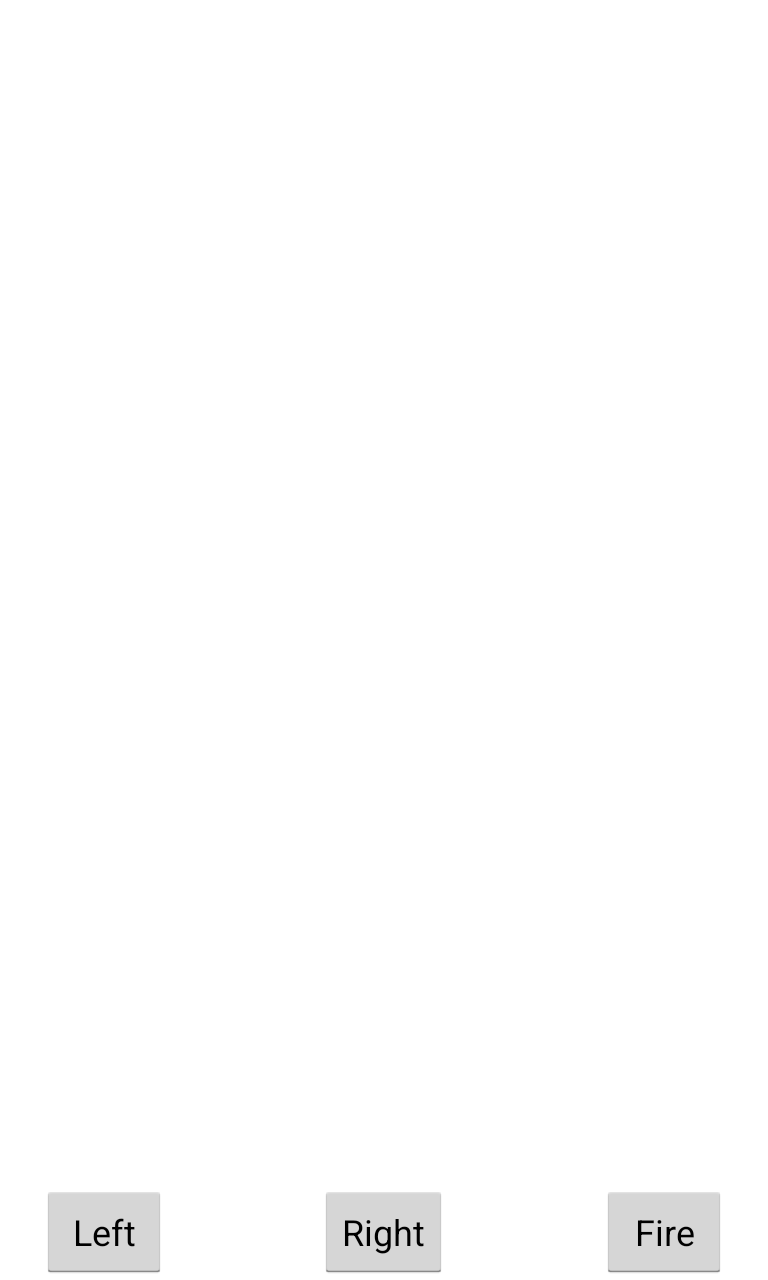
Repository: Benngard/Bengan-Boys
Layout: Hyperion/res/layout/playfield_layout.xml
These files come from the project's save history. The layout is drawn as it stood at one moment and after the next save; the edit follows.
It is drawn on a 768 x 1280 px phone screen (xhdpi) without system bars, with theme AppTheme; the app's code is not run. The app's manifest (not shown) leaves right-to-left support off. So textAlignment, textDirection and layoutDirection are ignored, and left and right values win over start and end ones.

Above is the layout before, as saved 2015-10-05 01:56:28.

After the next save:
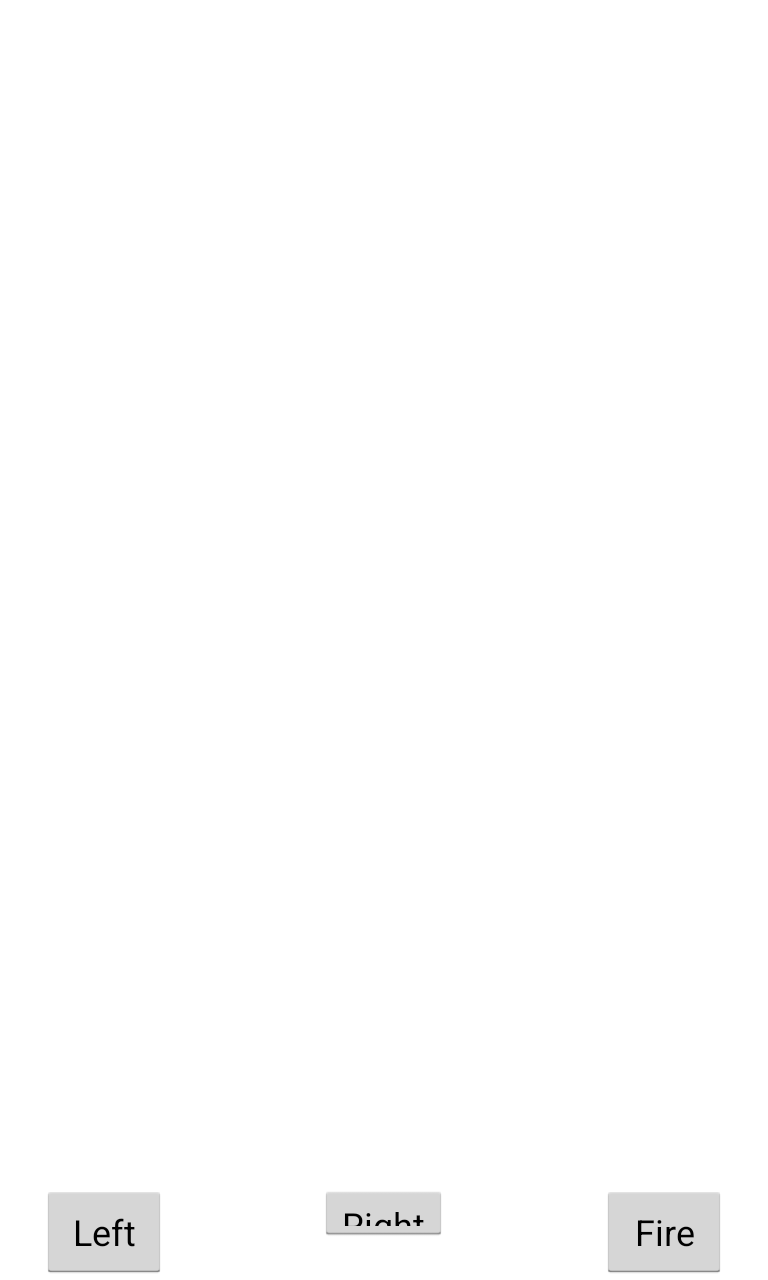
Saved 15 s later.
--- a/Hyperion/res/layout/playfield_layout.xml
+++ b/Hyperion/res/layout/playfield_layout.xml
@@ -31,6 +31,7 @@
         android:layout_height="wrap_content"
         android:layout_alignBaseline="@+id/button_fire"
         android:layout_alignBottom="@+id/button_fire"
+        android:layout_marginBottom="19dp"
         android:layout_centerHorizontal="true"
         android:text="@string/right" />
 
